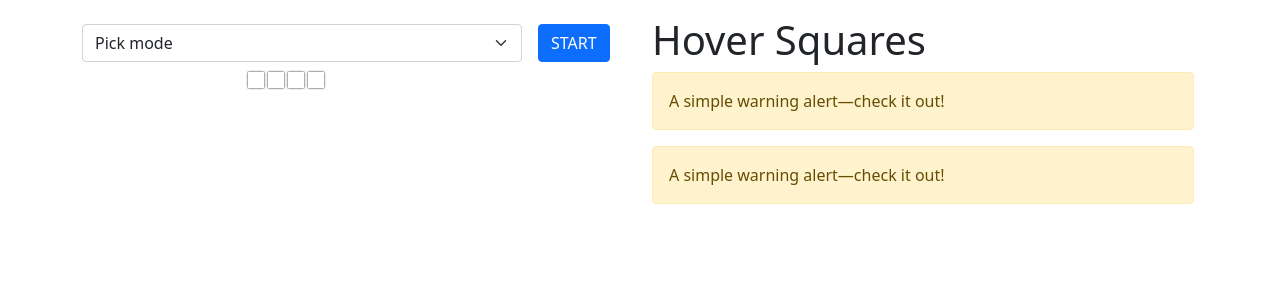
Repository: tsydikov/StarNaviTestTask
Page: /
These files come from the project's save history. The page is drawn as it stood at one moment and after the next save; the edit follows.
The browser window is 1280 px wide. The pictures show the whole page.
The project was rebuilt for these pictures with package versions that can differ from the ones it lists, and the page was loaded fresh each time.

Above is the page before, as saved 2021-08-13 17:48:07.

After the next save:
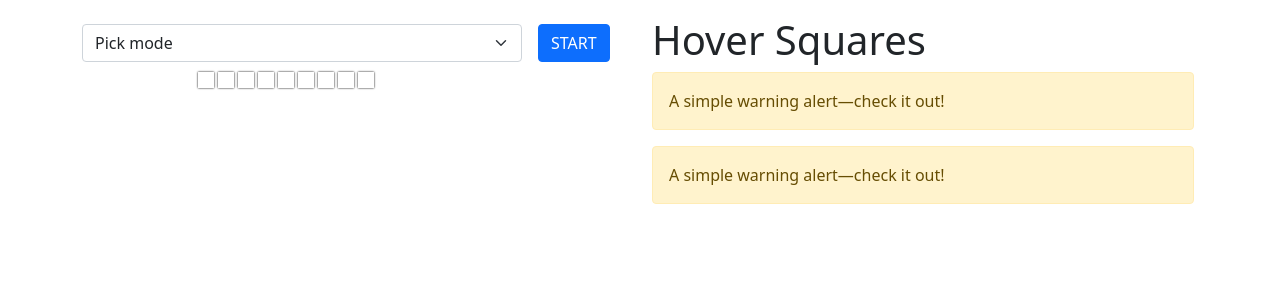
Saved 2 min 53 s later.
--- a/src/App.js
+++ b/src/App.js
@@ -8,7 +8,13 @@ import './App.css'
 function App() {
 
 const [mode, setMode] = useState('0')
-const [squares, setSquares] = useState([])
+const [squares, setSquares] = useState([
+  {id:1},
+  {id:2},
+  {id:3},
+  {id:4},
+  {id:5},
+])
 const url ='https://demo1030918.mockable.io/'
 
 async function start() {
